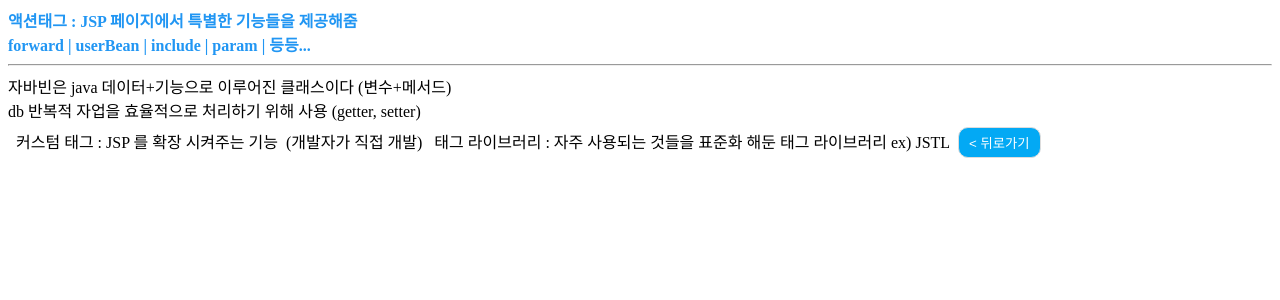
Repository: hyejux/JSP_STUDY
Page: http://localhost/JSPPractice2/JSP_ex5.jsp
The author's editor kept a copy of each file at every save. The page is drawn from the files as they stood at one save, then again after a run of saves.
The browser window is 1280 px wide. The pictures show the whole page.
The page is served by Tomcat 9. Other server files are loaded and not shown.

Above is the page before, as saved 2025-01-07 16:48:21.

### JSPPractice2/src/main/webapp/JSP_ex5.jsp
<%@ page language="java" contentType="text/html; charset=UTF-8"
    pageEncoding="UTF-8"%>
<!DOCTYPE html>
<html>
<head>
<meta charset="UTF-8">
<title> 액션 태그 소개 </title>
<link rel="stylesheet" type="text/css" href="css/style.css"> </link>
</head>
<body>

	<div class="info">
		<div> 액션태그 : JSP 페이지에서 특별한 기능들을 제공해줌  </div>
		<div> forward | userBean | include | param | 등등... </div>
	</div>

	<div class="point">  </div>
	<%-- <jsp:forward page="index.jsp"/> --%>

	<hr>
	<div>
		<div> 자바빈은 java 데이터+기능으로 이루어진 클래스이다 (변수+메서드) </div>
		<div> db 반복적 자업을 효율적으로 처리하기 위해 사용 (getter, setter) </div>
	</div>



커스텀 태그 : JSP 를 확장 시켜주는 기능  (개발자가 직접 개발)

태그 라이브러리 : 자주 사용되는 것들을 표준화 해둔 태그 라이브러리 ex) JSTL

<button type="button" class="btn1"  onclick = "location.href='index.jsp'"> < 뒤로가기 </button>
</body>
</html>

### JSPPractice2/src/main/webapp/css/style.css
.info{
	color : #2196f3;
	font-weight: bold;
}

.btn1 {
	border: 1px solid #ddd;
    color: #ffffff;
    border-radius: 10px;
    padding: 5px 10px;
    background: #03A9F4;
    margin-top: 5px;
}

.point {
	color : red;
}

After the next 2 saves:
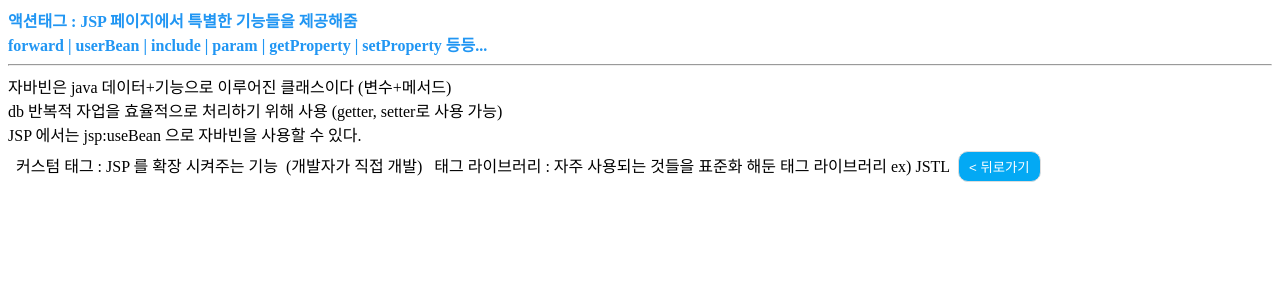
The 2 saves are shown as one change because 1 did not build or start.
The last was saved 71 s later.
--- a/JSPPractice2/src/main/webapp/JSP_ex5.jsp
+++ b/JSPPractice2/src/main/webapp/JSP_ex5.jsp
@@ -11,7 +11,7 @@
 
 	<div class="info">
 		<div> 액션태그 : JSP 페이지에서 특별한 기능들을 제공해줌  </div>
-		<div> forward | userBean | include | param | 등등... </div>
+		<div> forward | userBean | include | param | getProperty | setProperty 등등... </div>
 	</div>
 
 	<div class="point">  </div>
@@ -20,7 +20,8 @@
 	<hr>
 	<div>
 		<div> 자바빈은 java 데이터+기능으로 이루어진 클래스이다 (변수+메서드) </div>
-		<div> db 반복적 자업을 효율적으로 처리하기 위해 사용 (getter, setter) </div>
+		<div> db 반복적 자업을 효율적으로 처리하기 위해 사용 (getter, setter로 사용 가능) </div>
+		<div> JSP 에서는 jsp:useBean 으로 자바빈을 사용할 수 있다.</div>
 	</div>
 
 
